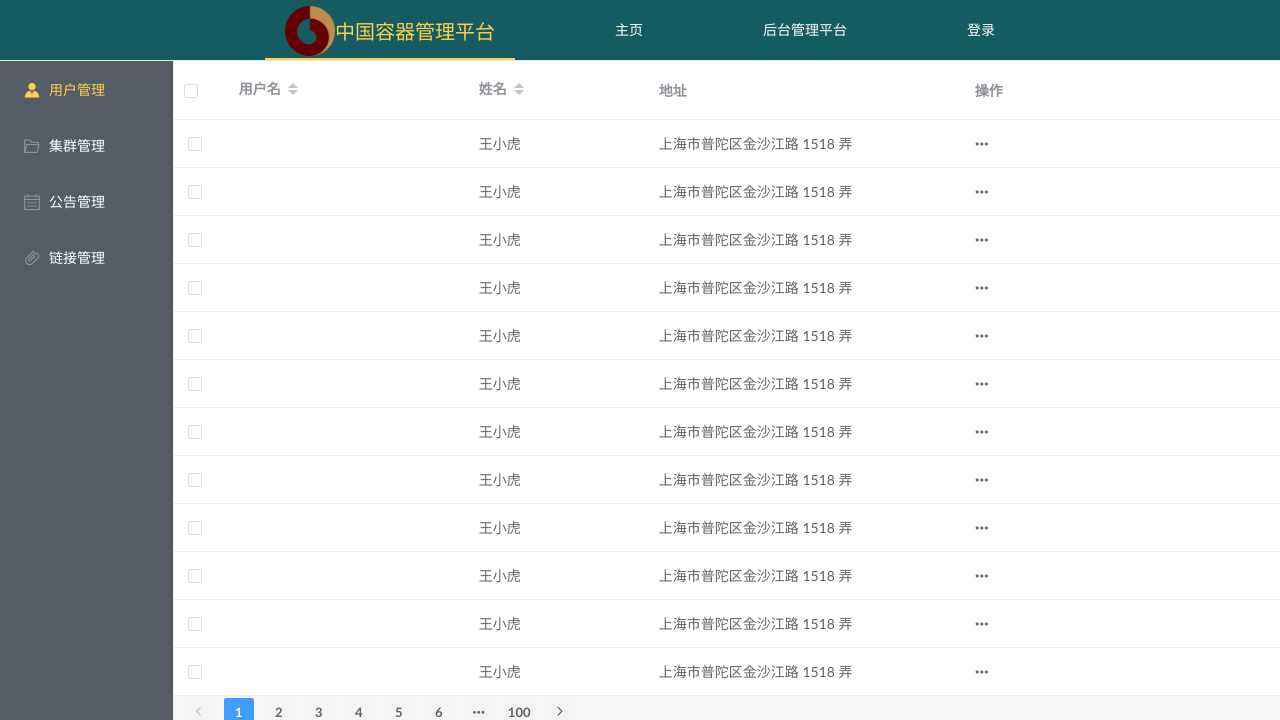
Repository: lei123zhou/zhongjin
Page: /main/management/user
The author's editor kept a copy of each file at every save. The page is drawn from the files as they stood at one save, then again after a run of saves.
The browser window is 1280 px wide. The pictures show the whole page.
The project was rebuilt for these pictures with package versions that can differ from the ones it lists, and the page was loaded fresh each time. Also part of the build but not shown: vue.config.js.

Above is the page before, as saved 2022-08-29 22:14:38.

After the next 2 saves:
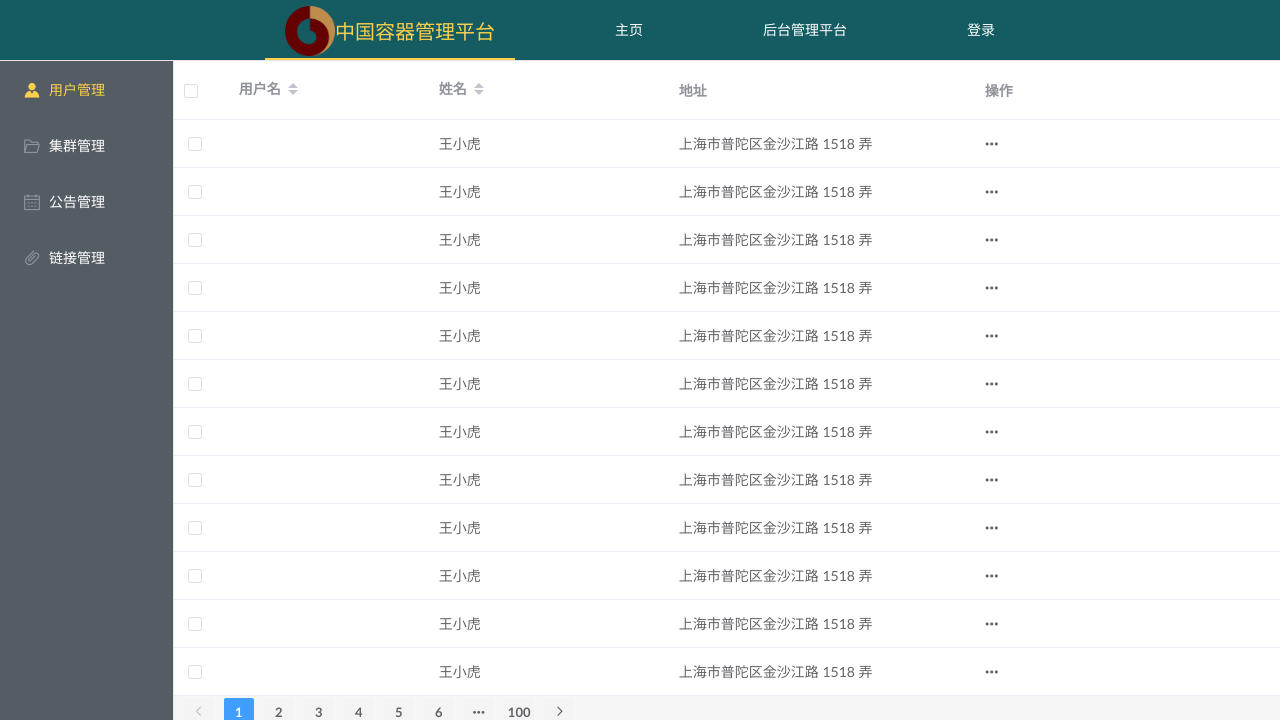
The 2 saves are shown as one change because they came seconds apart.
The last was saved 14 s later.
--- a/src/pages/management/user/UserPage.vue
+++ b/src/pages/management/user/UserPage.vue
@@ -8,9 +8,9 @@
       @selection-change="handleSelectionChange"
     >
       <el-table-column type="selection" width="55"> </el-table-column>
-      <el-table-column prop="username" label="用户名" sortable width="240">
+      <el-table-column prop="username" label="用户名" sortable width="200">
       </el-table-column>
-      <el-table-column prop="name" label="姓名" sortable width="180">
+      <el-table-column prop="name" label="姓名" sortable width="240">
       </el-table-column>
       <el-table-column prop="address" label="地址" :formatter="formatter">
       </el-table-column>
